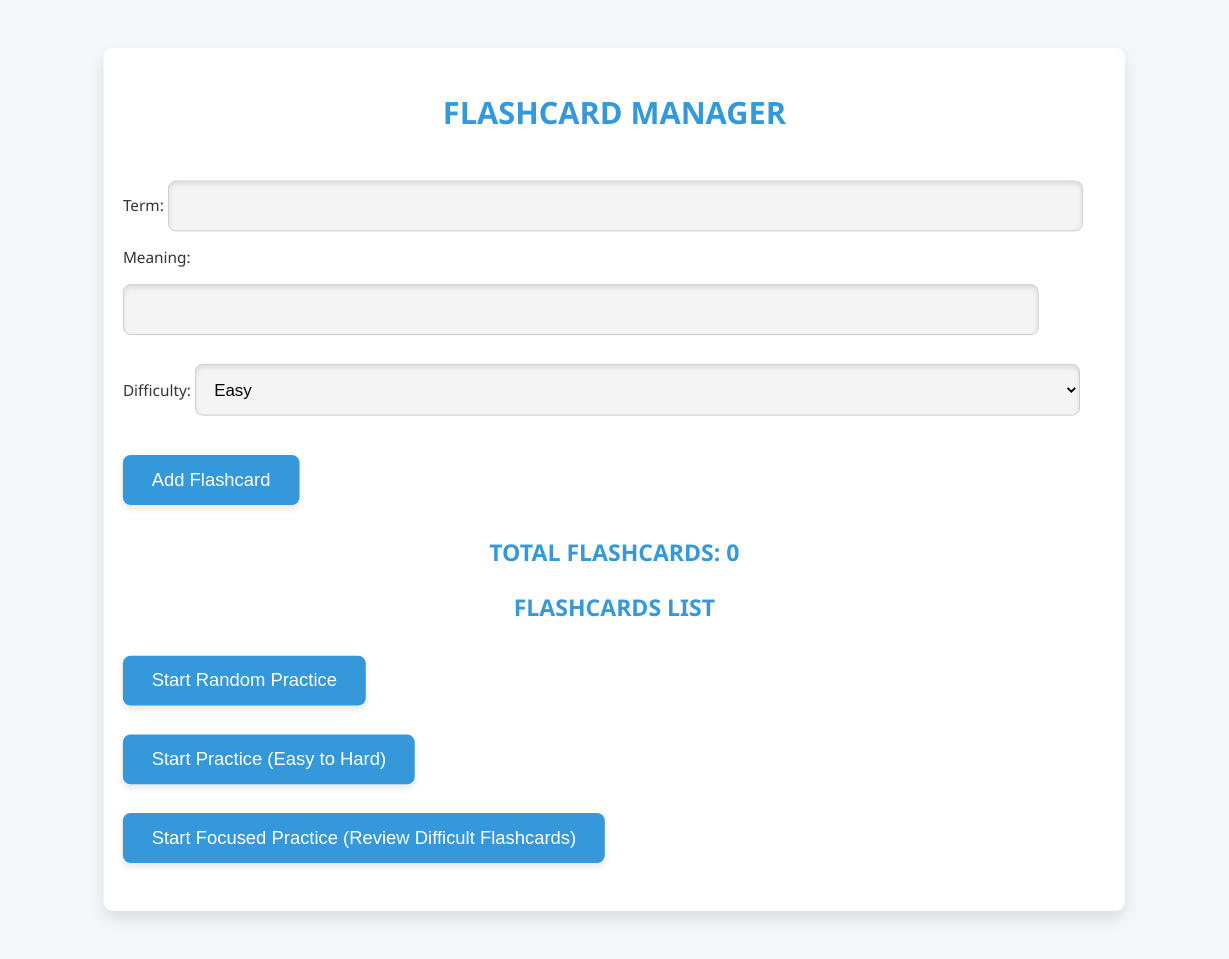
Repository: Oriyin/Algorithm_StudyHelper
Page: http://localhost/flashcards
The author's editor kept a copy of each file at every save. The page is drawn from the files as they stood at one save, then again after the next save.
The browser window is 1280 px wide. The pictures show the whole page, at 96% of full size.
The page is served by the project's application, run on Flask 3 (backend/app.py). Other server files are loaded and not shown.

Above is the page before, as saved 2024-10-11 14:22:30.

### templates/flashcards.html
<!DOCTYPE html>
<html lang="en">
<head>
    <meta charset="UTF-8">
    <meta name="viewport" content="width=device-width, initial-scale=1.0">
    <title>Flashcards</title>
    <!-- ลิงก์ไฟล์ CSS -->
    <link rel="stylesheet" type="text/css" href="{{ url_for('static', filename='flashstyle.css') }}">
</head>
<body>
    <div class="container">
        <h1>Flashcard Manager</h1>

        <!-- Form สำหรับการเพิ่ม flashcard -->
        <form method="POST" action="{{ url_for('manage_flashcards') }}">
            <label for="term">Term:</label>
            <input type="text" name="term" id="term" required><br>

            <label for="meaning">Meaning:</label>
            <input type="text" name="meaning" id="meaning" required><br>

            <!-- Dropdown for selecting difficulty -->
            <label for="difficulty">Difficulty:</label>
            <select name="difficulty" id="difficulty" required>
                <option value="Easy">Easy</option>
                <option value="Medium">Medium</option>
                <option value="Hard">Hard</option>
            </select><br><br>

            <button type="submit">Add Flashcard</button>
        </form>

        <!-- Display total number of flashcards -->
        <h2>Total Flashcards: {{ flashcards|length }}</h2>

        <h2>Flashcards List</h2>
        <ul>
            {% for flashcard in flashcards %}
                <li>{{ flashcard.term }} - {{ flashcard.meaning }} ({{ flashcard.difficulty }})</li>
            {% endfor %}
        </ul>

        <!-- Button to start random practice -->
        <form method="GET" action="{{ url_for('start_practice') }}">
            <button type="submit">Start Random Practice</button>
        </form>

        <!-- Button to start practice sorted by difficulty -->
        <form method="GET" action="{{ url_for('start_practice_by_difficulty') }}">
            <button type="submit">Start Practice (Easy to Hard)</button>
        </form>

        <!-- Button to start reviewing flashcards that need more practice (incorrect_count > 2) -->
        <form method="GET" action="{{ url_for('start_focused_practice') }}">
            <button type="submit">Start Focused Practice (Review Difficult Flashcards)</button>
        </form>
    </div>
</body>
</html>

### backend/app.py
# app.py

from flask import Flask, request, render_template, redirect, url_for
from algorithm import *

# Initialize the Flask application and specify the template folder
app = Flask(__name__, template_folder="../templates")

# Global variables for storing tasks and notes temporarily
tasks = []
notes = []
task_counter = 0  # A counter to uniquely identify each task

# Route for the home page
@app.route('/')
def home():
    return render_template('index.html')

# Route for managing tasks
@app.route('/tasks', methods=['GET', 'POST'])
def manage_tasks():
    global tasks, task_counter
    if request.method == 'POST':
        task_name = request.form.get('task_name')
        task_description = request.form.get('task_description')
        due_date = request.form.get('due_date')
        priority = int(request.form.get('priority'))

        if task_name and task_description and due_date:
            task_counter += 1  # Increment task counter for each new task
            tasks.append({
                'id': task_counter,  # Assign unique ID to each task
                'name': task_name,
                'description': task_description,
                'dueDate': due_date,
                'priority': priority,
                'completed': False
            })

            # Sort tasks by due date immediately (excluding completed tasks) using Insertion Sort
            tasks = insertion_sort([task for task in tasks if not task['completed']], 'dueDate') + [task for task in tasks if task['completed']]

            print("Updated tasks list:")
            print(tasks)

    todo_tasks = [task for task in tasks if not task['completed']]
    done_tasks = [task for task in tasks if task['completed']]

    return render_template('tasks.html', todo_tasks=todo_tasks, done_tasks=done_tasks, enumerate=enumerate)

# Route for managing notes
@app.route('/notes', methods=['GET', 'POST'])
def manage_notes():
    global notes
    if request.method == 'POST':
        note_title = request.form.get('note_title')
        note_content = request.form.get('note_content')

        if note_title and note_content:
            notes.append({
                'title': note_title,
                'content': note_content
            })
            print("Updated notes list:")
            print(notes)

    return render_template('notes.html', notes=notes, enumerate=enumerate)

# Route to edit a specific note by index
@app.route('/edit_note/<int:index>', methods=['POST'])
def edit_note(index):
    global notes
    new_title = request.form.get('edit_note_title')
    new_content = request.form.get('edit_note_content')

    if new_title and new_content:
        # Update the note with new values
        notes[index]['title'] = new_title
        notes[index]['content'] = new_content
        print("Updated notes list:")
        print(notes)

    return redirect(url_for('manage_notes'))

# Route to delete a specific note by index
@app.route('/delete_note/<int:index>', methods=['POST'])
def delete_note(index):
    global notes
    if index < len(notes):
        notes.pop(index)
        print("Updated notes list:")
        print(notes)
    return redirect(url_for('manage_notes'))

# Route to search through notes using a case-insensitive search with highlighted results
@app.route('/search_notes', methods=['POST'])
def search_notes():
    global notes
    search_pattern = request.form.get('search_pattern').lower()  # Make the search pattern lowercase
    search_results = []

    # Perform case-insensitive search on each note's title and content using naive string search
    for index, note in enumerate(notes):
        title = note['title']
        content = note['content']
        highlighted_content = content

        # Use naive string search to find matches (case-insensitive)
        matches = naive_string_search(content.lower(), search_pattern)  # Perform the search on lowercase text

        # If matches are found, highlight them in the content
        if matches:
            for match_index in matches:
                # Highlight the matched text using HTML <mark> tag
                match = content[match_index:match_index + len(search_pattern)]
                highlighted_content = highlighted_content.replace(match, f"<mark>{match}</mark>")
            search_results.append({
                'index': index,
                'title': title,
                'highlighted_content': highlighted_content
            })

    # If no matches are found, set a message to be displayed
    no_match_message = None
    if not search_results:
        no_match_message = "Don't have any file that match with finding word."

    return render_template('notes.html', notes=notes, search_results=search_results, no_match_message=no_match_message, search_pattern=search_pattern, enumerate=enumerate)

# Route to edit a specific task by index
@app.route('/edit_task/<int:index>', methods=['POST'])
def edit_task(index):
    global tasks
    new_name = request.form.get('edit_name')
    new_description = request.form.get('edit_description')
    new_due_date = request.form.get('edit_due_date')
    new_priority = int(request.form.get('edit_priority'))

    if new_name and new_description and new_due_date:
        # Update the task with new values
        tasks[index]['name'] = new_name
        tasks[index]['description'] = new_description
        tasks[index]['dueDate'] = new_due_date
        tasks[index]['priority'] = new_priority
        print("Updated tasks list:")
        print(tasks)

    # Re-sort tasks by due date immediately after editing using Insertion Sort
    tasks = insertion_sort([task for task in tasks if not task['completed']], 'dueDate') + [task for task in tasks if task['completed']]

    return redirect(url_for('manage_tasks'))

# Route to toggle a task's completion status using its unique ID
@app.route('/toggle_completed/<int:task_id>', methods=['POST'])
def toggle_completed(task_id):
    global tasks
    for task in tasks:
        if task['id'] == task_id:
            task['completed'] = not task['completed']
            print("Updated tasks list:")
            print(tasks)
            break
    # Re-sort the tasks to ensure they are in the correct order
    tasks = insertion_sort([task for task in tasks if not task['completed']], 'dueDate') + [task for task in tasks if task['completed']]
    return redirect(url_for('manage_tasks'))

# Route to delete a task by its unique ID
@app.route('/delete_task/<int:task_id>', methods=['POST'])
def delete_task(task_id):
    global tasks
    tasks = [task for task in tasks if task['id'] != task_id]
    print("Updated tasks list:")
    print(tasks)
    return redirect(url_for('manage_tasks'))

# Route to sort tasks by due date using Merge Sort
@app.route('/sort_by_due_date', methods=['POST'])
def sort_by_due_date():
    global tasks
    incomplete_tasks = [task for task in tasks if not task['completed']]
    # Use merge_sort to sort the incomplete tasks by 'dueDate'
    tasks = merge_sort(incomplete_tasks, 'dueDate') + [task for task in tasks if task['completed']]
    print("Updated tasks list:")
    print(tasks)
    return redirect(url_for('manage_tasks'))

# Route to sort tasks by priority
@app.route('/sort_by_priority', methods=['POST'])
def sort_by_priority():
    global tasks
    incomplete_tasks = [task for task in tasks if not task['completed']]
    tasks = counting_sort(incomplete_tasks, 'priority') + [task for task in tasks if task['completed']]
    print("Updated tasks list:")
    print(tasks)
    return redirect(url_for('manage_tasks'))

# Route to sort tasks by both due date and priority
@app.route('/sort_by_both', methods=['POST'])
def sort_by_both():
    global tasks
    incomplete_tasks = [task for task in tasks if not task['completed']]
    tasks = heap_sort(incomplete_tasks, 'dueDate', 'priority') + [task for task in tasks if task['completed']]
    print("Updated tasks list:")
    print(tasks)
    return redirect(url_for('manage_tasks'))

# Global variable to store flashcards
flashcards = []

@app.route('/flashcards', methods=['GET', 'POST'])
def manage_flashcards():
    global flashcards
    if request.method == 'POST':
        term = request.form.get('term')
        meaning = request.form.get('meaning')
        difficulty = request.form.get('difficulty')  # Capture the difficulty level

        # Create a new flashcard with 'incorrect_count' initialized to 0 and difficulty level
        new_flashcard = {'term': term, 'meaning': meaning, 'difficulty': difficulty, 'incorrect_count': 0}

        # Use the uniqueness testing function to avoid duplicates
        if uniqueness_testing(flashcards, new_flashcard):
            print("Flashcard added successfully!")
        else:
            print("Duplicate term found! Flashcard not added.")

    # Render the flashcards page with the flashcards list and total number
    return render_template('flashcards.html', flashcards=flashcards, enumerate=enumerate)

# Route to start flashcard practice (randomizes flashcards before starting)
@app.route('/start_practice', methods=['GET'])
def start_practice():
    global flashcards
    # Randomize flashcards before starting practice
    flashcards = random_flashcards(flashcards)
    return redirect(url_for('practice_flashcard', index=0))

@app.route('/practice_flashcard/<int:index>', methods=['GET', 'POST'])
def practice_flashcard(index):
    global flashcards
    if index >= len(flashcards):
        # If the index is out of range, redirect to the practice completion page
        return redirect(url_for('practice_completed'))

    if request.method == 'POST':
        # Check if the answer was correct or not
        is_correct = request.form.get('is_correct') == 'true'
        if not is_correct:
            flashcards[index]['incorrect_count'] += 1

        # Move to the next flashcard
        next_index = index + 1
        if next_index < len(flashcards):
            return redirect(url_for('practice_flashcard', index=next_index))
        else:
            return redirect(url_for('practice_completed'))

    # Render the current flashcard for practice
    flashcard = flashcards[index]
    return render_template('practice_flashcard.html', flashcard=flashcard, index=index)

@app.route('/practice_completed')
def practice_completed():
    global flashcards

    # Group flashcards based on incorrect_count
    low_threshold = 1
    grouped_flashcards = divide_and_conquer_flashcards(flashcards, low_threshold)

    # Separate correct and incorrect flashcards for the result page
    correct_flashcards = [fc for fc in grouped_flashcards if fc['incorrect_count'] == 0]
    incorrect_flashcards = [fc for fc in grouped_flashcards if fc['incorrect_count'] > 0]

    # Show the result in terms of high-priority (incorrect more often) and low-priority flashcards
    return render_template('practice_completed.html', correct_flashcards=correct_flashcards, incorrect_flashcards=incorrect_flashcards)

@app.route('/practice_again_random', methods=['GET'])
def practice_again_random():
    global flashcards
    flashcards = random_flashcards(flashcards)  # แบบสุ่มสำหรับ practice
    print("Flashcards randomized")
    return redirect(url_for('practice_flashcard', index=0))

@app.route('/practice_again_easy_to_hard', methods=['GET'])
def practice_again_easy_to_hard():
    global flashcards
    flashcards = counting_sortflash(flashcards, 'difficulty')  # เรียงจากง่ายไปยาก
    print("Flashcards sorted from Easy to Hard")
    return redirect(url_for('practice_flashcard', index=0))

@app.route('/start_practice_by_difficulty', methods=['GET'])
def start_practice_by_difficulty():
    global flashcards

    if len(flashcards) == 0:
        # Redirect to the flashcards management page if there are no flashcards
        return redirect(url_for('manage_flashcards'))

    # Sort flashcards by difficulty in the order of Easy -> Medium -> Hard
    flashcards = counting_sortflash(flashcards, 'difficulty')

    return redirect(url_for('practice_flashcard', index=0))

@app.route('/start_focused_practice', methods=['GET'])
def start_focused_practice():
    global flashcards, flashcards_to_practice

    # Filter flashcards where incorrect_count > 2
    flashcards_to_practice = [fc for fc in flashcards if fc['incorrect_count'] > 2]

    # ตรวจสอบว่ามี flashcards ที่จะฝึกไหม
    if len(flashcards_to_practice) == 0:
        # ถ้าไม่มี flashcards ที่ผิดเกิน 2 ครั้ง ให้กลับไปยังหน้า flashcard management
        return redirect(url_for('manage_flashcards'))

    # Start practice with the filtered flashcards
    return redirect(url_for('practice_focused_flashcards', index=0))

@app.route('/practice_focused_flashcards/<int:index>', methods=['GET', 'POST'])
def practice_focused_flashcards(index):
    global flashcards_to_practice

    if index >= len(flashcards_to_practice):
        # If all flashcards are practiced, go to the completion page
        return redirect(url_for('focused_practice_completed'))

    if request.method == 'POST':
        # Check if the user answered the flashcard correctly
        is_correct = request.form.get('is_correct') == 'true'
        if is_correct:
            # Only remove the flashcard if it was answered correctly
            flashcards_to_practice.pop(index)

        # After removing or marking the flashcard, adjust index if necessary
        if len(flashcards_to_practice) > 0 and index >= len(flashcards_to_practice):
            index = len(flashcards_to_practice) - 1

        # If no flashcards remain, go to the completion page
        if len(flashcards_to_practice) == 0:
            return redirect(url_for('focused_practice_completed'))

        # After the user answers, redirect to the next flashcard
        return redirect(url_for('practice_focused_flashcards', index=index))

    # Display the current flashcard for practice
    flashcard = flashcards_to_practice[index]
    return render_template('practice_focused_flashcards.html', flashcard=flashcard, index=index)

@app.route('/focused_practice_completed')
def focused_practice_completed():
    global flashcards_to_practice, flashcards

    # Calculate how many flashcards are left to review
    flashcards_left = len(flashcards_to_practice)

    # If practice is completed (no more flashcards left to review), reset incorrect_count to 0 for all flashcards
    if flashcards_left == 0:
        for fc in flashcards:
            fc['incorrect_count'] = 0  # Reset incorrect_count to 0 for all flashcards

    # Render the result page and pass flashcards_left to the template
    return render_template('focused_practice_completed.html', flashcards_left=flashcards_left)

# Run the Flask server
if __name__ == "__main__":
    app.run(debug=True)
    print(tasks)
    print(notes)

### backend/static/flashstyle.css
/* General Styles */
body, html {
    margin: 0;
    padding: 0;
    font-family: 'Segoe UI', Tahoma, Geneva, Verdana, sans-serif;
    background-color: #f4f7f9;
    color: #333;
    line-height: 1.6;
}

.container {
    width: 80%;
    max-width: 1200px;
    margin: 50px auto;
    text-align: center;
    padding: 20px;
    background-color: white;
    border-radius: 10px;
    box-shadow: 0 8px 16px rgba(0, 0, 0, 0.1);
}

/* Title Styling */
h1, h2 {
    color: #3498db;
    font-weight: 600;
    text-transform: uppercase;
    margin-bottom: 20px;
}

h1 {
    font-size: 2em;
}

h2 {
    font-size: 1.5em;
    margin-top: 20px;
}

/* Flashcard Form Styles */
form {
    margin: 30px 0;
    text-align: left;
}

input, select {
    width: 90%;
    padding: 15px;
    margin: 15px 0;
    border: 1px solid #ccc;
    border-radius: 8px;
    font-size: 1.1em;
    background-color: #f4f4f4;
    box-shadow: inset 0 3px 5px rgba(0, 0, 0, 0.1);
    transition: border-color 0.3s ease;
}

input:focus, select:focus {
    border-color: #3498db;
    outline: none;
}

button {
    padding: 15px 30px;
    font-size: 1.2em;
    border: none;
    background-color: #3498db;
    color: white;
    border-radius: 8px;
    cursor: pointer;
    transition: background-color 0.3s ease, box-shadow 0.3s ease;
    box-shadow: 0 4px 8px rgba(0, 0, 0, 0.1);
}

button:hover {
    background-color: #2980b9;
    box-shadow: 0 6px 12px rgba(0, 0, 0, 0.2);
}

/* Flashcards List */
.task-columns {
    display: flex;
    justify-content: center;
    flex-wrap: wrap;
}

.todo-column {
    width: 100%;
    background-color: #ecf0f1;
    padding: 25px;
    margin: 20px 0;
    border-radius: 10px;
    box-shadow: 0 8px 16px rgba(0, 0, 0, 0.1);
}

li {
    list-style: none;
    padding: 15px;
    border-bottom: 1px solid #ccc;
    margin: 10px 0;
    font-size: 1.1em;
    color: #2c3e50;
    transition: background-color 0.3s ease;
}

li:last-child {
    border-bottom: none;
}

li strong {
    font-weight: bold;
    color: #2c3e50;
}

li:hover {
    background-color: #d5eaf7;
    border-radius: 5px;
}

/* Button Styles */
.btn {
    background-color: #3498db;
    color: white;
    padding: 12px 30px;
    text-decoration: none;
    border-radius: 8px;
    margin: 10px;
    display: inline-block;
    transition: background-color 0.3s ease, box-shadow 0.3s ease;
    font-size: 1.1em;
    box-shadow: 0 4px 8px rgba(0, 0, 0, 0.1);
}

.btn:hover {
    background-color: #1abc9c;
    box-shadow: 0 6px 12px rgba(0, 0, 0, 0.2);
}

/* Container for buttons */
.button-container {
    margin: 30px 0;
    display: flex;
    justify-content: center;
    gap: 20px;
}

/* Responsiveness */
@media (max-width: 768px) {
    .container {
        width: 95%;
    }

    button {
        padding: 12px 20px;
        font-size: 1em;
    }

    li {
        font-size: 1em;
    }
}

After the next save:
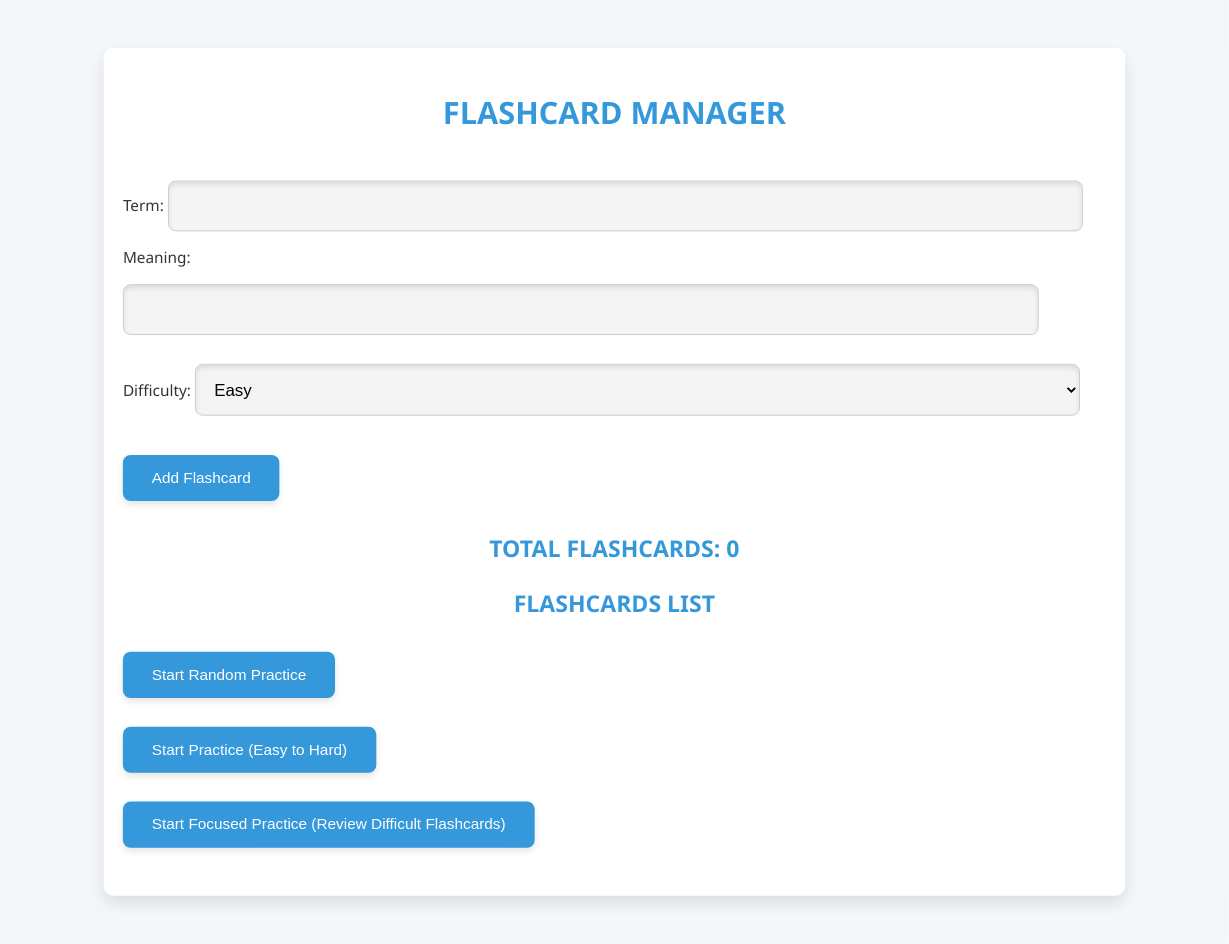
Saved 6 s later.
--- a/backend/static/flashstyle.css
+++ b/backend/static/flashstyle.css
@@ -61,7 +61,7 @@ input:focus, select:focus {
 
 button {
     padding: 15px 30px;
-    font-size: 1.2em;
+    font-size: 1em;
     border: none;
     background-color: #3498db;
     color: white;
